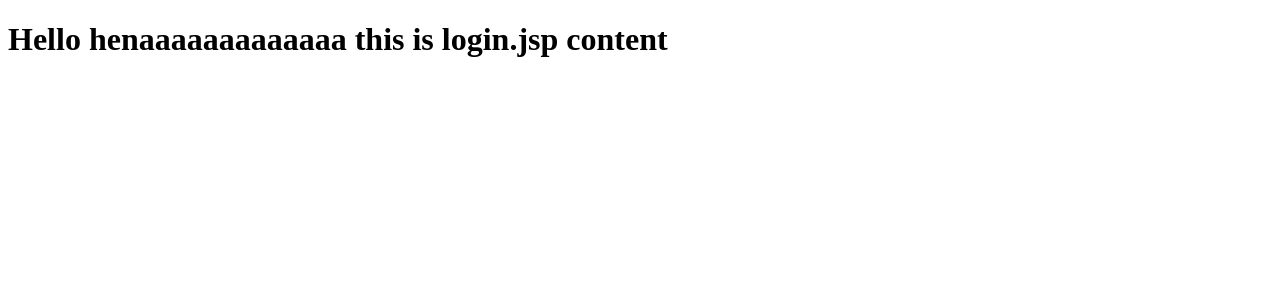
Repository: heenasalim/Java_Script
Page: http://localhost/JsphDemo/Login.jsp
These files come from the project's save history. The page is drawn as it stood at one moment and after the next save; the edit follows.
The browser window is 1280 px wide. The pictures show the whole page.
The page is served by Tomcat 9.

Above is the page before, as saved 2015-10-15 16:10:54.

After the next save:
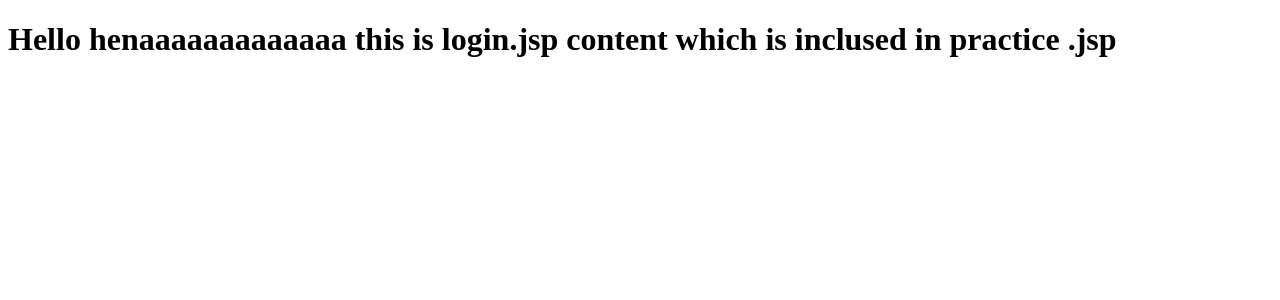
Saved 16 s later.
--- a/JsphDemo/WebContent/Login.jsp
+++ b/JsphDemo/WebContent/Login.jsp
@@ -7,7 +7,7 @@
 <title>heena  salim   shaikh</title>
 </head>
 <body>
-<h1>Hello   henaaaaaaaaaaaaa    this  is  login.jsp  content</h1>
+<h1>Hello   henaaaaaaaaaaaaa    this  is  login.jsp  content  which  is  inclused  in  practice .jsp</h1>
 
 </body>
 </html>
